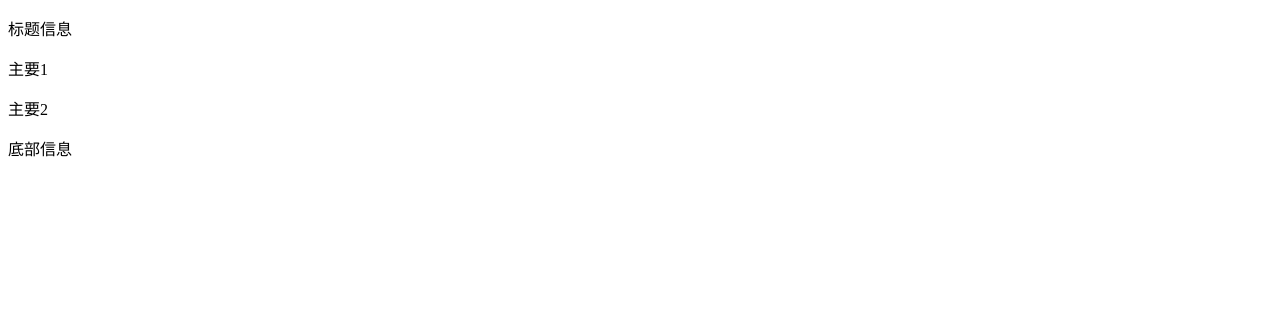
Repository: R1Deemo/Vue
Page: 08多个插槽.html
An editor plug-in stored every save of this project. The page is shown before and after the next save, followed by the edit.
The browser window is 1280 px wide. The pictures show the whole page.

Above is the page before, as saved 2022-11-14 10:31:51.

### 08多个插槽.html
<!DOCTYPE html>
<html lang="en">

<head>
    <meta charset="UTF-8">
    <meta http-equiv="X-UA-Compatible" content="IE=edge">
    <meta name="viewport" content="width=device-width, initial-scale=1.0">
    <title>Document</title>
</head>

<body>
    <div id="app">

        <test-tom>
            <p slot="header">标题信息</p>
            <p>主要1</p>
            <p>主要2</p>

            <p slot="footer">底部信息</p>
        </test-tom>




    </div>
    <script src="https://cdn.jsdelivr.net/npm/vue/dist/vue.js"></script>
    <script>
        Vue.component('test-tom', {
            template: `
            <div>
                <header>
                    <slot name='header'></slot>
                    </header>
                <main>
                    <slot></slot>
                    </main>
                <footer> <slot name='footer'></slot></footer>
                </div>
           `

        })
        var vm = new Vue({
                el: '#app',
                data: {

                },
                methods: {

                },
            }) <
            /body> < /
        html >

After the next save:
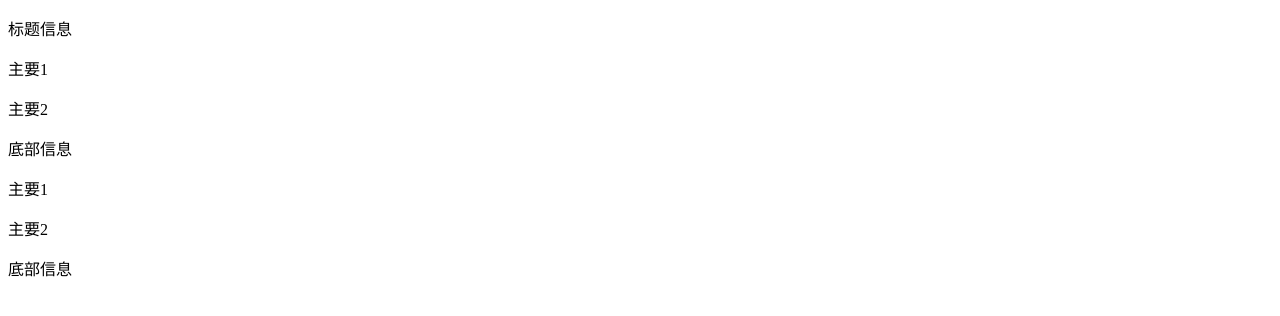
Saved 2 min 47 s later.
--- a/08多个插槽.html
+++ b/08多个插槽.html
@@ -15,7 +15,18 @@
             <p slot="header">标题信息</p>
             <p>主要1</p>
             <p>主要2</p>
+            <p slot="footer">底部信息</p>
+        </test-tom>
 
+
+        <test-tom>
+            <template slot="header">
+                <p >标题信息1</p>
+                <p >标题信息2</p>
+            </template>
+
+            <p>主要1</p>
+            <p>主要2</p>
             <p slot="footer">底部信息</p>
         </test-tom>
 
